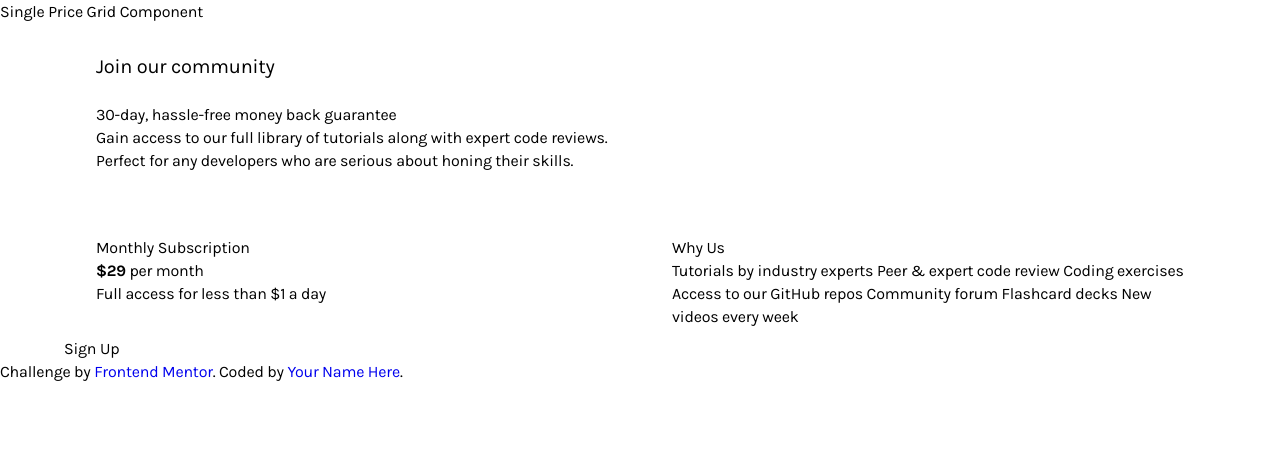
Repository: bangjuyoung/bangjuyoung
Page: practice/frontend-mentor/single-price-grid-component/index.html
The author's editor kept a copy of each file at every save. The page is drawn from the files as they stood at one save, then again after the next save.
The browser window is 1280 px wide. The pictures show the whole page.

Above is the page before, as saved 2019-06-16 12:43:59.

After the next save:
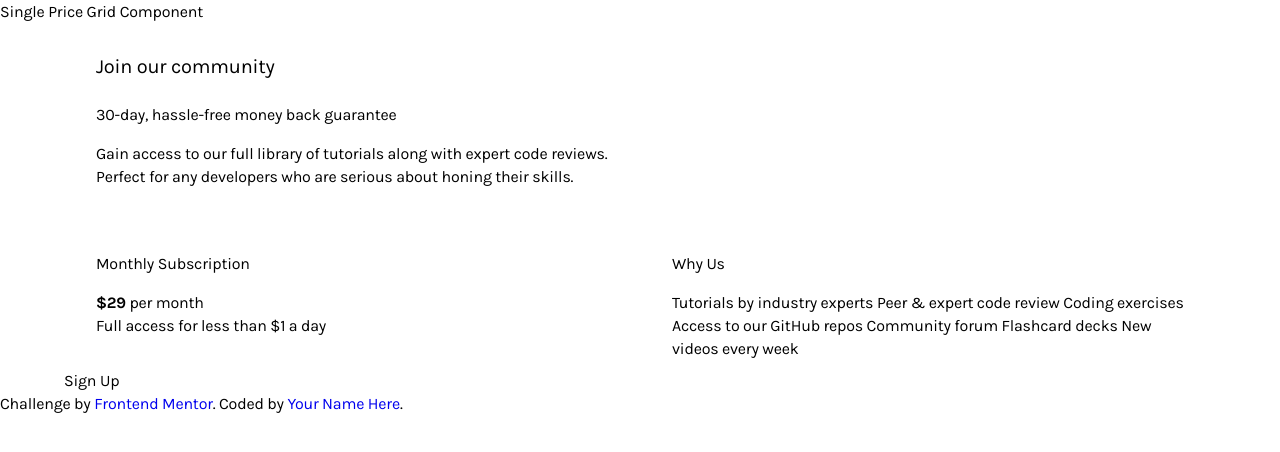
Saved 35 s later.
--- a/practice/frontend-mentor/single-price-grid-component/default.css
+++ b/practice/frontend-mentor/single-price-grid-component/default.css
@@ -36,7 +36,7 @@ body {
     line-height: 1.2;
 }
 
-.single-price__tsubitle {
+.single-price__subtitle {
     margin-bottom: 1rem;
 }
 
